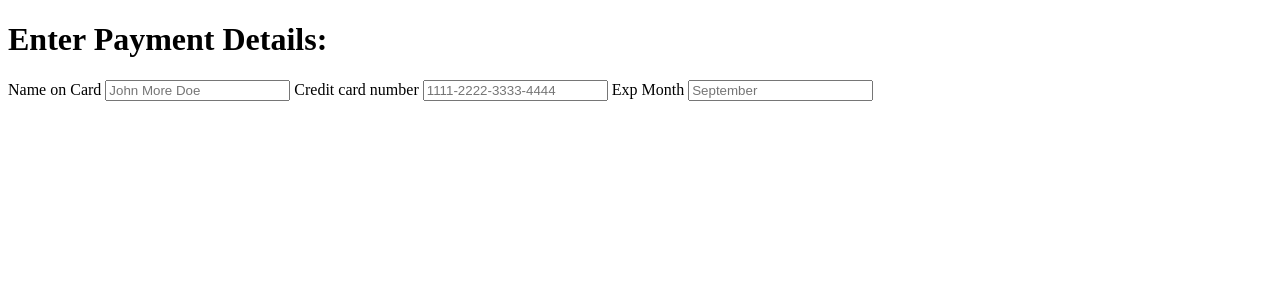
Repository: Pranathi99/FlyAway
Page: http://localhost/FlyAway/payment.jsp
These files come from the project's save history. The page is drawn as it stood at one moment and after the next save; the edit follows.
The browser window is 1280 px wide. The pictures show the whole page.
The page is served by Tomcat 9. Other server files are loaded and not shown.

Above is the page before, as saved 2023-03-25 17:29:22.

### FlyAway/src/main/webapp/payment.jsp
<%@ page language="java" contentType="text/html; charset=ISO-8859-1"
    pageEncoding="ISO-8859-1"%>
<!DOCTYPE html>
<html>
<head>
<meta charset="ISO-8859-1">
<title>Insert title here</title>
</head>
<body>
	<h1>Enter Payment Details:</h1>
	<label >Name on Card</label>
    <input type="text" id="cname" name="cardname" placeholder="John More Doe">
    <label for="ccnum">Credit card number</label>
    <input type="text" id="ccnum" name="cardnumber" placeholder="1111-2222-3333-4444">
    <label for="expmonth">Exp Month</label>
    <input type="text" id="expmonth" name="expmonth" placeholder="September">
</body>
</html>

After the next save:
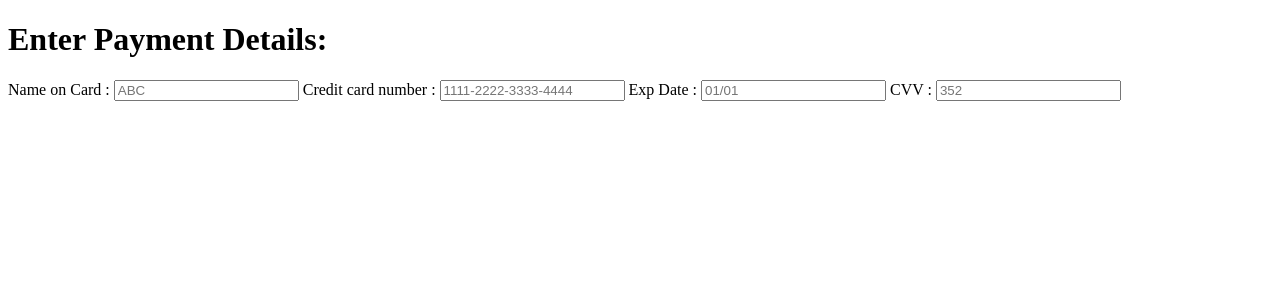
Saved 2 min 42 s later.
--- a/FlyAway/src/main/webapp/payment.jsp
+++ b/FlyAway/src/main/webapp/payment.jsp
@@ -8,11 +8,9 @@
 </head>
 <body>
 	<h1>Enter Payment Details:</h1>
-	<label >Name on Card</label>
-    <input type="text" id="cname" name="cardname" placeholder="John More Doe">
-    <label for="ccnum">Credit card number</label>
-    <input type="text" id="ccnum" name="cardnumber" placeholder="1111-2222-3333-4444">
-    <label for="expmonth">Exp Month</label>
-    <input type="text" id="expmonth" name="expmonth" placeholder="September">
+	Name on Card : <input type="text" name="cardname" placeholder="ABC">
+    Credit card number : <input type="text" name="cardnumber" placeholder="1111-2222-3333-4444">
+    Exp Date : <input type="text" name="expdate" placeholder="01/01">
+    CVV : <input type="text" name="cvv" placeholder="352">
 </body>
 </html>
